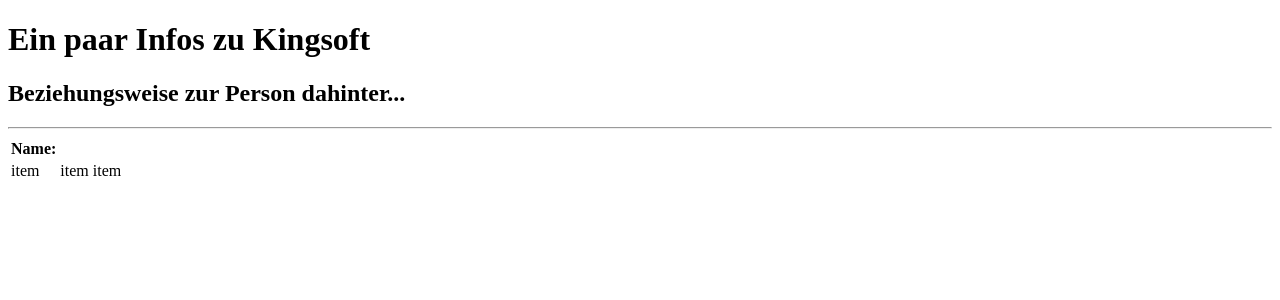
Repository: TimKral5/WikiPage
Page: Homepage/pages/about.htm
These files come from the project's save history. The page is drawn as it stood at one moment and after the next save; the edit follows.
The browser window is 1280 px wide. The pictures show the whole page.

Above is the page before, as saved 2022-11-10 22:54:10.

### Homepage/pages/about.htm
<!DOCTYPE html>
<html lang="en">

<head>
    <meta charset="UTF-8">
    <meta http-equiv="X-UA-Compatible" content="IE=edge">
    <meta name="viewport" content="width=device-width, initial-scale=1.0">
    <title>Test</title>
</head>

<body>
    <h1>Ein paar Infos zu Kingsoft</h1>
    <h2>Beziehungsweise zur Person dahinter...</h2>
    <hr>
    <table>
        <tr>
            <td><b>Name:</b></td>
        </tr>
        <tr>
            <td>
                item
            </td>
            <td>
                item
            </td>
            <td>
                item
            </td>
        </tr>
    </table>
</body>

</html>

After the next save:
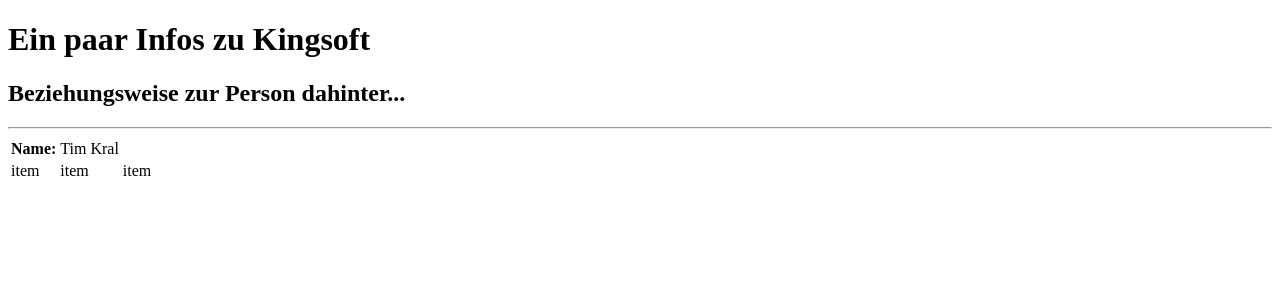
Saved 14 s later.
--- a/Homepage/pages/about.htm
+++ b/Homepage/pages/about.htm
@@ -15,6 +15,7 @@
     <table>
         <tr>
             <td><b>Name:</b></td>
+            <td>Tim Kral</td>
         </tr>
         <tr>
             <td>
